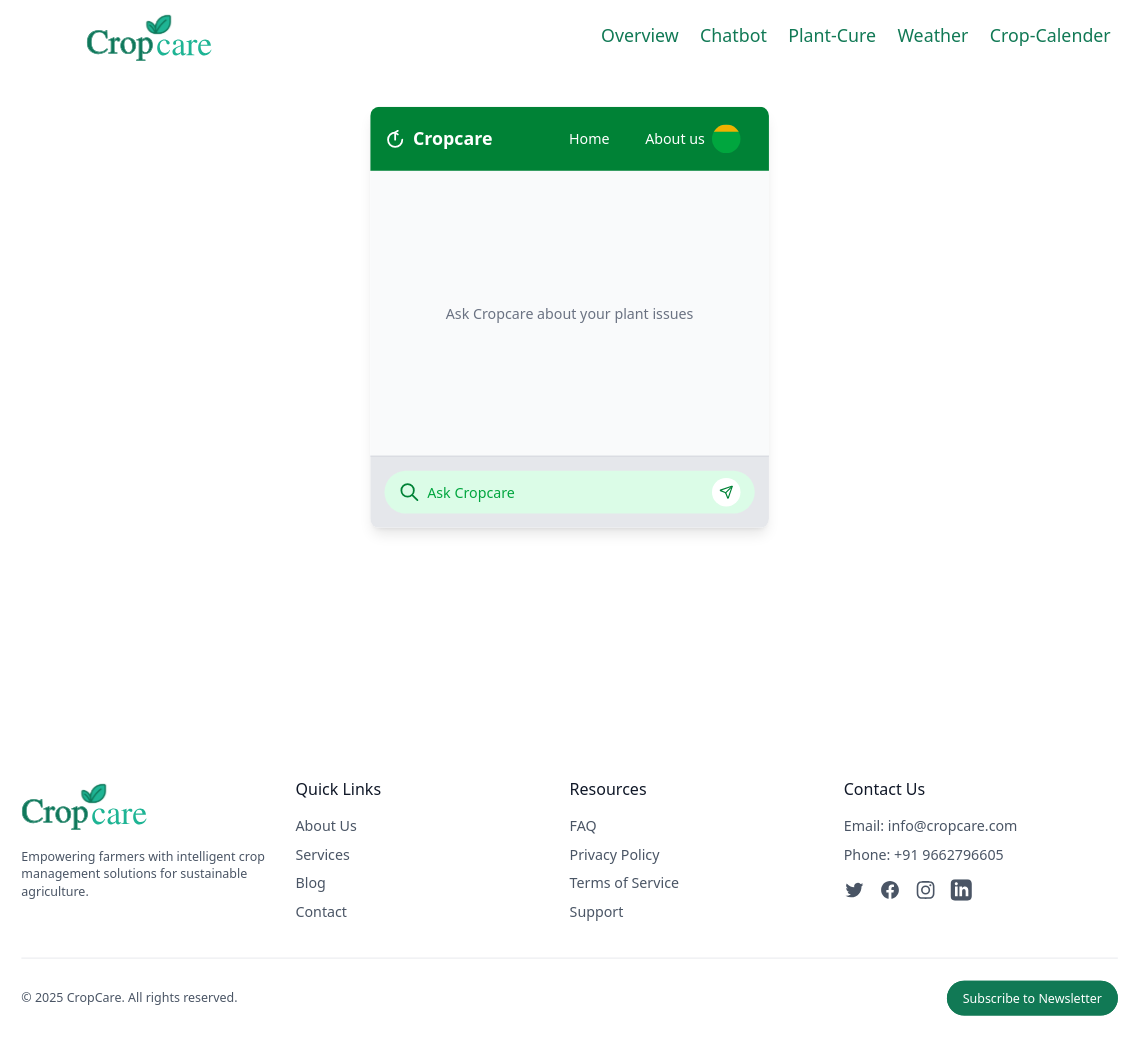
Repository: VishwaaBhavsar/Cropcare
Page: /services/chat
An editor plug-in stored every save of this project. The page is shown before and after the next save, followed by the edit.
The browser window is 1280 px wide. The pictures show the whole page, at 89% of full size.
The project was rebuilt for these pictures with package versions that can differ from the ones it lists, and the page was loaded fresh each time. The framework's server and built-in components were replaced by stand-ins that run in the browser. Also part of the build but not shown: next.config.mjs, src/components/HeroNav.jsx.

Above is the page before, as saved 2025-04-20 10:28:36.

### src/app/layout.js


import { Geist, Geist_Mono } from "next/font/google";
import "./globals.css";
import HeroNav from "@/components/HeroNav";
import HeroFooter from "@/components/HeroFooter";

const geistSans = Geist({
  variable: "--font-geist-sans",
  subsets: ["latin"],
});

const geistMono = Geist_Mono({
  variable: "--font-geist-mono",
  subsets: ["latin"],
});

export const metadata = {
  title: "Create Next App",
  description: "Generated by create next app",
};

export default function RootLayout({ children }) {
  return (
    <html lang="en">
      <body
        className={`${geistSans.variable} ${geistMono.variable} antialiased`}
      >
        <HeroNav/>
        {children}
        <HeroFooter/>
      </body>
    </html>
  );
}

### src/pages/Chat.jsx
"use client";

import { useState, useRef, useEffect } from 'react';
import { Send } from 'lucide-react';

const Chat = () => {
    const [message, setMessage] = useState('');
    const [chatHistory, setChatHistory] = useState([]);
    const [isLoading, setIsLoading] = useState(false);
    const chatContainerRef = useRef(null);

    // Scroll to bottom of chat whenever history changes
    useEffect(() => {
        if (chatContainerRef.current) {
            chatContainerRef.current.scrollTop = chatContainerRef.current.scrollHeight;
        }
    }, [chatHistory]);

    const handleSendMessage = () => {
        if (!message.trim()) return;

        // Add user message to chat history
        setChatHistory(prev => [...prev, { type: 'user', content: message }]);

        // Clear input field
        setMessage('');

        // Simulate response (replace with your actual API call)
        setIsLoading(true);
        setTimeout(() => {
            // This is where you would integrate your actual chatbot API
            setChatHistory(prev => [...prev, {
                type: 'bot',
                content: "This is a sample response. Connect your actual chatbot API here."
            }]);
            setIsLoading(false);
        }, 1000);
    };

    return (
        <div className='min-h-screen'>
        <div className="w-full max-w-md mx-auto rounded-lg overflow-hidden shadow-lg  mt-10 bg-white">
            {/* Chat Header */}
            <div className="bg-green-700 text-white p-4 flex items-center">
                <div className="text-xl font-bold flex items-center">
                    <svg viewBox="0 0 24 24" className="h-6 w-6 mr-2" fill="none" xmlns="http://www.w3.org/2000/svg">
                        <path d="M12 5C7.58172 5 4 8.58172 4 13C4 17.4183 7.58172 21 12 21C16.4183 21 20 17.4183 20 13" stroke="currentColor" strokeWidth="2" strokeLinecap="round"/>
                        <path d="M15 3L12 5L15 7" stroke="currentColor" strokeWidth="2" strokeLinecap="round" strokeLinejoin="round"/>
                        <path d="M12 5V13" stroke="currentColor" strokeWidth="2" strokeLinecap="round"/>
                    </svg>
                    Cropcare
                </div>
                <div className="ml-auto flex space-x-2">
                    <button className="text-white px-4 py-1 rounded">Home</button>
                    <button className="text-white px-4 py-1 rounded flex items-center">
                        About us
                        <div className="h-8 w-8 rounded-full bg-green-600 ml-2 overflow-hidden">
                            <div className="bg-yellow-500 h-2 w-8"></div>
                        </div>
                    </button>
                </div>
            </div>

            {/* Chat Messages */}
            <div
                ref={chatContainerRef}
                className="h-80 p-4 overflow-y-auto bg-gray-50"
            >
                {chatHistory.length === 0 ? (
                    <div className="flex justify-center items-center h-full">
                        <p className="text-gray-500">Ask Cropcare about your plant issues</p>
                    </div>
                ) : (
                    chatHistory.map((chat, index) => (
                        <div key={index} className={`mb-4 ${chat.type === 'user' ? 'text-right' : ''}`}>
                            <div
                                className={`inline-block p-3 rounded-lg max-w-xs md:max-w-md ${
                                    chat.type === 'user'
                                        ? 'bg-green-100 text-green-800'
                                        : 'bg-green-700 text-white'
                                }`}
                            >
                                {chat.content}
                            </div>
                        </div>
                    ))
                )}
                {isLoading && (
                    <div className="flex justify-start mb-4">
                        <div className="bg-green-700 text-white p-3 rounded-lg">
                            <div className="flex space-x-2">
                                <div className="w-2 h-2 rounded-full bg-white animate-bounce"></div>
                                <div className="w-2 h-2 rounded-full bg-white animate-bounce" style={{animationDelay: '0.2s'}}></div>
                                <div className="w-2 h-2 rounded-full bg-white animate-bounce" style={{animationDelay: '0.4s'}}></div>
                            </div>
                        </div>
                    </div>
                )}
            </div>

            {/* Chat Input */}
            <div className="p-4 bg-gray-200 border-t border-gray-300">
                <div className="flex items-center bg-green-100 rounded-full px-4 py-2">
                    <svg className="w-6 h-6 text-green-700 mr-2" fill="none" stroke="currentColor" viewBox="0 0 24 24" xmlns="http://www.w3.org/2000/svg">
                        <path strokeLinecap="round" strokeLinejoin="round" strokeWidth="2" d="M21 21l-6-6m2-5a7 7 0 11-14 0 7 7 0 0114 0z"></path>
                    </svg>
                    <input
                        type="text"
                        value={message}
                        onChange={(e) => setMessage(e.target.value)}
                        onKeyPress={(e) => e.key === 'Enter' && handleSendMessage()}
                        placeholder="Ask Cropcare"
                        className="flex-1 bg-transparent outline-none text-green-800 placeholder-green-600"
                    />
                    <button
                        onClick={handleSendMessage}
                        className="ml-2 bg-white rounded-full p-2 text-green-700 hover:bg-green-50"
                    >
                        <Send size={16} />
                    </button>
                </div>
            </div>
        </div>
        </div>
    );
};

export default Chat;

Loaded but not shown: src/app/services/layout.js (17 lines, source omitted); src/app/services/chat/page.js (11 lines, source omitted); src/components/HeroFooter.jsx (108 lines, source omitted); src/app/globals.css (142 lines, source omitted); src/components/Navbar.jsx (43 lines, source omitted)

After the next save:
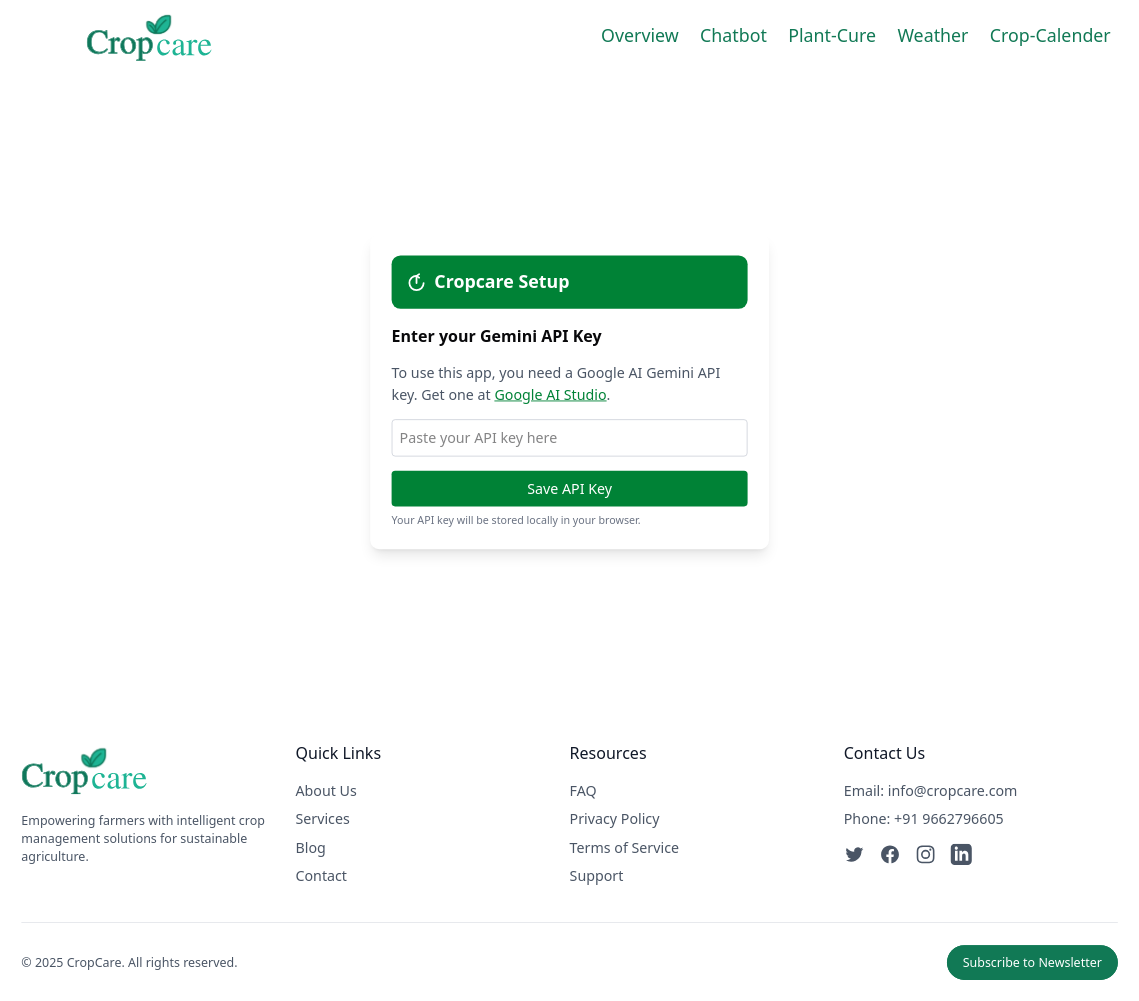
Saved 5 min 31 s later.
--- a/src/pages/Chat.jsx
+++ b/src/pages/Chat.jsx
@@ -9,6 +9,10 @@
     const [isLoading, setIsLoading] = useState(false);
     const chatContainerRef = useRef(null);
 
+    // Add API key state (in production, use environment variables)
+    const [apiKey, setApiKey] = useState('');
+    const [isKeySet, setIsKeySet] = useState(false);
+
     // Scroll to bottom of chat whenever history changes
     useEffect(() => {
         if (chatContainerRef.current) {
@@ -16,30 +20,143 @@
         }
     }, [chatHistory]);
 
-    const handleSendMessage = () => {
+    // Check for API key in localStorage on initial load
+    useEffect(() => {
+        const storedKey = localStorage.getItem('gemini_api_key');
+        if (storedKey) {
+            setApiKey(storedKey);
+            setIsKeySet(true);
+        }
+    }, []);
+
+    const saveApiKey = () => {
+        if (apiKey.trim()) {
+            localStorage.setItem('gemini_api_key', apiKey);
+            setIsKeySet(true);
+        }
+    };
+
+    const handleSendMessage = async () => {
         if (!message.trim()) return;
 
         // Add user message to chat history
         setChatHistory(prev => [...prev, { type: 'user', content: message }]);
 
+        // Store the message before clearing input
+        const currentMessage = message;
+
         // Clear input field
         setMessage('');
 
-        // Simulate response (replace with your actual API call)
+        // Start loading state
         setIsLoading(true);
-        setTimeout(() => {
-            // This is where you would integrate your actual chatbot API
+
+        try {
+            // Make request to Gemini API
+            const response = await fetchGeminiResponse(currentMessage);
+
+            // Add bot response to chat history
             setChatHistory(prev => [...prev, {
                 type: 'bot',
-                content: "This is a sample response. Connect your actual chatbot API here."
+                content: response
             }]);
+        } catch (error) {
+            console.error("Error calling Gemini API:", error);
+            setChatHistory(prev => [...prev, {
+                type: 'bot',
+                content: "Sorry, I encountered an error. Please try again or check your API key."
+            }]);
+        } finally {
             setIsLoading(false);
-        }, 1000);
+        }
     };
+
+    const fetchGeminiResponse = async (userMessage) => {
+        // Endpoint for Gemini API
+        const endpoint = "https://generativelanguage.googleapis.com/v1beta/models/gemini-pro:generateContent";
+
+        // Prepare the request payload
+        const payload = {
+            contents: [
+                {
+                    role: "user",
+                    parts: [
+                        {
+                            text: `You are CropCare, an expert agriculture assistant specializing in plant care, disease identification, and growing tips.
+                            Please respond to the following query from a farmer or gardener: "${userMessage}"`
+                        }
+                    ]
+                }
+            ],
+            generationConfig: {
+                temperature: 0.7,
+                maxOutputTokens: 800,
+            }
+        };
+
+        // Make the request
+        const response = await fetch(`${endpoint}?key=${apiKey}`, {
+            method: "POST",
+            headers: {
+                "Content-Type": "application/json"
+            },
+            body: JSON.stringify(payload)
+        });
+
+        if (!response.ok) {
+            throw new Error(`API request failed with status ${response.status}`);
+        }
+
+        const data = await response.json();
+        return data.candidates[0].content.parts[0].text;
+    };
+
+    // If API key is not set, show the API key input form
+    if (!isKeySet) {
+        return (
+            <div className='min-h-screen flex items-center justify-center'>
+                <div className="w-full max-w-md mx-auto rounded-lg overflow-hidden shadow-lg bg-white p-6">
+                    <div className="bg-green-700 text-white p-4 rounded-lg mb-4 flex items-center">
+                        <div className="text-xl font-bold flex items-center">
+                            <svg viewBox="0 0 24 24" className="h-6 w-6 mr-2" fill="none" xmlns="http://www.w3.org/2000/svg">
+                                <path d="M12 5C7.58172 5 4 8.58172 4 13C4 17.4183 7.58172 21 12 21C16.4183 21 20 17.4183 20 13" stroke="currentColor" strokeWidth="2" strokeLinecap="round"/>
+                                <path d="M15 3L12 5L15 7" stroke="currentColor" strokeWidth="2" strokeLinecap="round" strokeLinejoin="round"/>
+                                <path d="M12 5V13" stroke="currentColor" strokeWidth="2" strokeLinecap="round"/>
+                            </svg>
+                            Cropcare Setup
+                        </div>
+                    </div>
+                    <h2 className="text-lg font-semibold mb-4">Enter your Gemini API Key</h2>
+                    <p className="text-gray-600 mb-4">
+                        To use this app, you need a Google AI Gemini API key.
+                        Get one at <a href="https://ai.google.dev/" className="text-green-700 underline" target="_blank" rel="noopener noreferrer">Google AI Studio</a>.
+                    </p>
+                    <div className="mb-4">
+                        <input
+                            type="password"
+                            value={apiKey}
+                            onChange={(e) => setApiKey(e.target.value)}
+                            placeholder="Paste your API key here"
+                            className="w-full p-2 border border-gray-300 rounded focus:outline-none focus:ring-2 focus:ring-green-500"
+                        />
+                    </div>
+                    <button
+                        onClick={saveApiKey}
+                        className="w-full bg-green-700 text-white py-2 rounded hover:bg-green-800"
+                    >
+                        Save API Key
+                    </button>
+                    <p className="text-xs text-gray-500 mt-2">
+                        Your API key will be stored locally in your browser.
+                    </p>
+                </div>
+            </div>
+        );
+    }
 
     return (
         <div className='min-h-screen'>
-        <div className="w-full max-w-md mx-auto rounded-lg overflow-hidden shadow-lg  mt-10 bg-white">
+        <div className="w-full max-w-md mx-auto rounded-lg overflow-hidden shadow-lg mt-10 bg-white">
             {/* Chat Header */}
             <div className="bg-green-700 text-white p-4 flex items-center">
                 <div className="text-xl font-bold flex items-center">

After the save that followed:
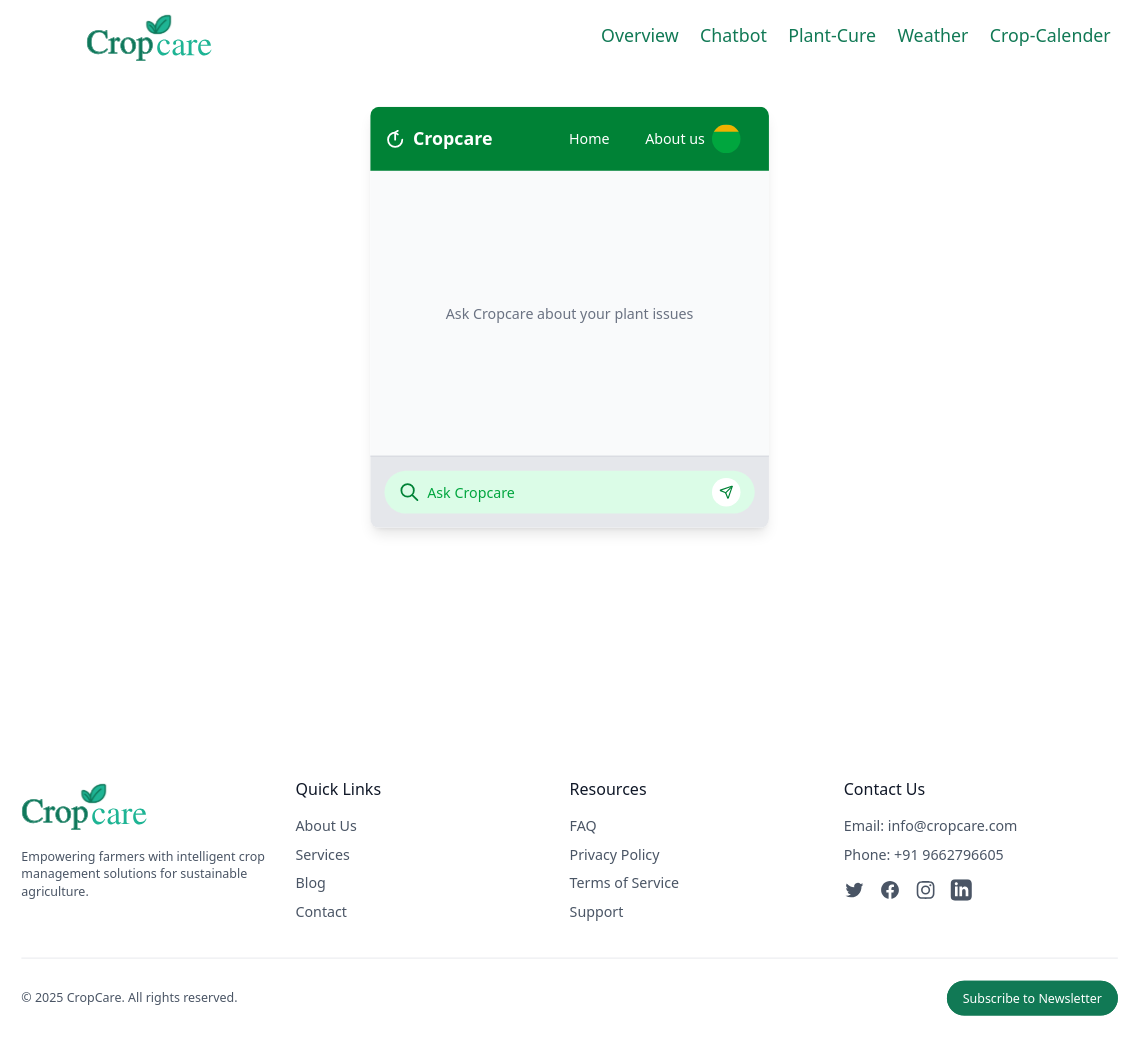
Saved 3 min 8 s later.
--- a/src/pages/Chat.jsx
+++ b/src/pages/Chat.jsx
@@ -9,32 +9,12 @@
     const [isLoading, setIsLoading] = useState(false);
     const chatContainerRef = useRef(null);
 
-    // Add API key state (in production, use environment variables)
-    const [apiKey, setApiKey] = useState('');
-    const [isKeySet, setIsKeySet] = useState(false);
-
     // Scroll to bottom of chat whenever history changes
     useEffect(() => {
         if (chatContainerRef.current) {
             chatContainerRef.current.scrollTop = chatContainerRef.current.scrollHeight;
         }
     }, [chatHistory]);
-
-    // Check for API key in localStorage on initial load
-    useEffect(() => {
-        const storedKey = localStorage.getItem('gemini_api_key');
-        if (storedKey) {
-            setApiKey(storedKey);
-            setIsKeySet(true);
-        }
-    }, []);
-
-    const saveApiKey = () => {
-        if (apiKey.trim()) {
-            localStorage.setItem('gemini_api_key', apiKey);
-            setIsKeySet(true);
-        }
-    };
 
     const handleSendMessage = async () => {
         if (!message.trim()) return;
@@ -64,7 +44,7 @@
             console.error("Error calling Gemini API:", error);
             setChatHistory(prev => [...prev, {
                 type: 'bot',
-                content: "Sorry, I encountered an error. Please try again or check your API key."
+                content: "Sorry, I encountered an error when trying to process your request. Please try again later."
             }]);
         } finally {
             setIsLoading(false);
@@ -74,6 +54,13 @@
     const fetchGeminiResponse = async (userMessage) => {
         // Endpoint for Gemini API
         const endpoint = "https://generativelanguage.googleapis.com/v1beta/models/gemini-pro:generateContent";
+
+        // Get API key from environment variable
+        const apiKey = process.env.NEXT_PUBLIC_GEMINI_API_KEY;
+
+        if (!apiKey) {
+            throw new Error("Gemini API key is not configured");
+        }
 
         // Prepare the request payload
         const payload = {
@@ -110,49 +97,6 @@
         const data = await response.json();
         return data.candidates[0].content.parts[0].text;
     };
-
-    // If API key is not set, show the API key input form
-    if (!isKeySet) {
-        return (
-            <div className='min-h-screen flex items-center justify-center'>
-                <div className="w-full max-w-md mx-auto rounded-lg overflow-hidden shadow-lg bg-white p-6">
-                    <div className="bg-green-700 text-white p-4 rounded-lg mb-4 flex items-center">
-                        <div className="text-xl font-bold flex items-center">
-                            <svg viewBox="0 0 24 24" className="h-6 w-6 mr-2" fill="none" xmlns="http://www.w3.org/2000/svg">
-                                <path d="M12 5C7.58172 5 4 8.58172 4 13C4 17.4183 7.58172 21 12 21C16.4183 21 20 17.4183 20 13" stroke="currentColor" strokeWidth="2" strokeLinecap="round"/>
-                                <path d="M15 3L12 5L15 7" stroke="currentColor" strokeWidth="2" strokeLinecap="round" strokeLinejoin="round"/>
-                                <path d="M12 5V13" stroke="currentColor" strokeWidth="2" strokeLinecap="round"/>
-                            </svg>
-                            Cropcare Setup
-                        </div>
-                    </div>
-                    <h2 className="text-lg font-semibold mb-4">Enter your Gemini API Key</h2>
-                    <p className="text-gray-600 mb-4">
-                        To use this app, you need a Google AI Gemini API key.
-                        Get one at <a href="https://ai.google.dev/" className="text-green-700 underline" target="_blank" rel="noopener noreferrer">Google AI Studio</a>.
-                    </p>
-                    <div className="mb-4">
-                        <input
-                            type="password"
-                            value={apiKey}
-                            onChange={(e) => setApiKey(e.target.value)}
-                            placeholder="Paste your API key here"
-                            className="w-full p-2 border border-gray-300 rounded focus:outline-none focus:ring-2 focus:ring-green-500"
-                        />
-                    </div>
-                    <button
-                        onClick={saveApiKey}
-                        className="w-full bg-green-700 text-white py-2 rounded hover:bg-green-800"
-                    >
-                        Save API Key
-                    </button>
-                    <p className="text-xs text-gray-500 mt-2">
-                        Your API key will be stored locally in your browser.
-                    </p>
-                </div>
-            </div>
-        );
-    }
 
     return (
         <div className='min-h-screen'>
